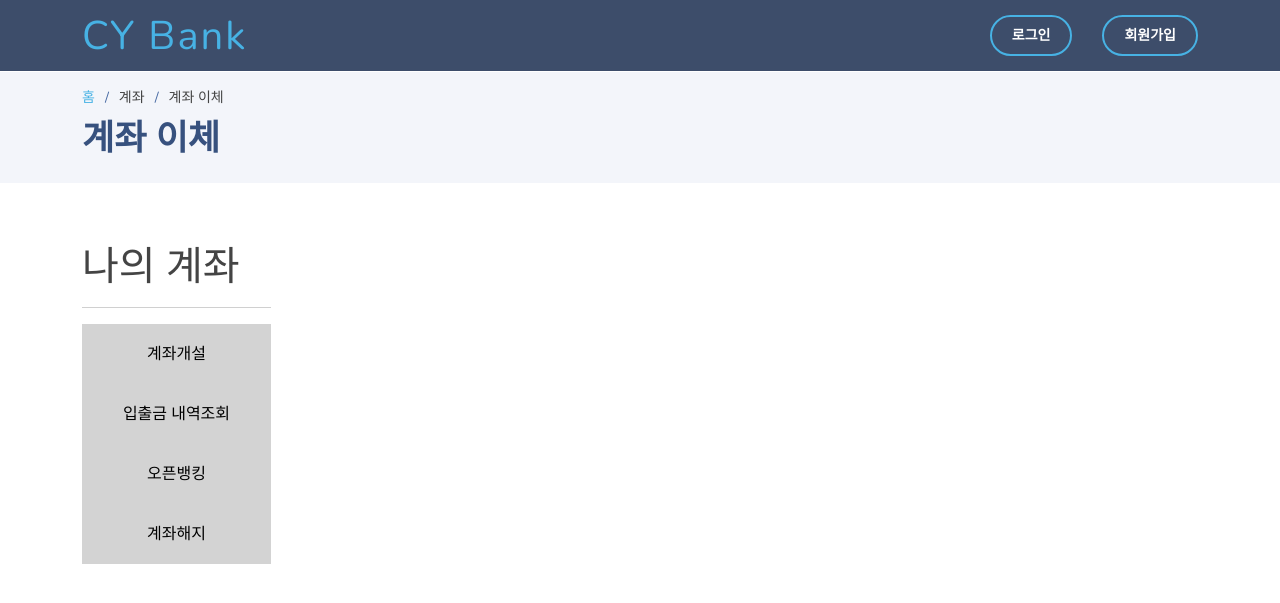
Repository: scy0814/Spring
Page: http://localhost/CYBank/jsp/transaction/Transaction.jsp
An editor plug-in stored every save of this project. The page is shown before and after the next save, followed by the edit.
The browser window is 1280 px wide. The pictures show the whole page.
The page is served by Tomcat 9. Other server files are loaded and not shown.

Above is the page before, as saved 2023-06-28 02:02:54.

### CYBank/src/main/webapp/jsp/transaction/Transaction.jsp
<%@ page language="java" contentType="text/html; charset=UTF-8"
    pageEncoding="UTF-8"%>
<%@ taglib uri="http://java.sun.com/jsp/jstl/core" prefix="c"%>
<!DOCTYPE html>
<html>
<head>
<meta charset="UTF-8">
<title>Insert title here</title>
  <script src="https://code.jquery.com/jquery-3.5.1.slim.min.js"></script>
  <script src="https://cdn.jsdelivr.net/npm/bootstrap@4.5.2/dist/bootstrap.min.js"></script>
<link rel="stylesheet" href="https://stackpath.bootstrapcdn.com/bootstrap/4.5.2/css/bootstrap.min.css">
<style>
.myHr {
    width: 5cm;
    margin-left: 0;
  }

  .button {
    width: 5cm;
    height: 60px;
    display: inline-block;
    padding: 10px 20px;
    border: none;
    background-color: lightgray;
    color: black;
    text-align: center;
    text-decoration: none;
    font-size: 16px;
    cursor: pointer;
    border-radius: 0;
  }
</style>
</head>
<header>
<jsp:include page="/jsp/include/header.jsp" />
</header>
<body>
<section id="breadcrumbs" class="breadcrumbs">
      <div class="container">

        <ol>
          <li><a href="/index.jsp">홈</a></li>
          <li>계좌</li>
          <li>계좌 이체</li>
        </ol>
        <h2 style="font-size : 35px;">계좌 이체</h2>

      </div>
    </section><!-- End Breadcrumbs -->

    <section class="inner-page">
      <div class="container">
  <h1 class="MyAccount">나의 계좌</h1>
  <hr class="myHr" />

  <form action="${pageContext.request.contextPath}/createAccount.do" method="post">
    <button type="submit" class="button">계좌개설</button>
  </form>

  <form action="${pageContext.request.contextPath}/transactionHistory.do" method="post">
    <button type="submit" class="button">입출금 내역조회</button><br>
  </form>

  <form action="${pageContext.request.contextPath}/openBanking.do" method="post">
    <button type="submit" class="button">오픈뱅킹</button><br>
  </form>

  <form action="${pageContext.request.contextPath}/closeAccount.do" method="post">
    <button type="submit" class="button">계좌해지</button>
  </form>
  </div>
  </section>
<body>
</body>
</html>

### CYBank/src/main/webapp/jsp/include/header.jsp
<%@ page language="java" contentType="text/html; charset=UTF-8"
    pageEncoding="UTF-8"%>
    <%@ taglib prefix="c" uri="http://java.sun.com/jsp/jstl/core"%>
<!DOCTYPE html>
<html>
<head>
<meta charset="UTF-8">
 <!-- Favicons -->
  <link href="assets/img/favicon.png" rel="icon">
  <link href="assets/img/apple-touch-icon.png" rel="apple-touch-icon">


  <!-- Google Fonts -->
  <link href="https://fonts.googleapis.com/css?family=Open+Sans:300,300i,400,400i,600,600i,700,700i|Nunito:300,300i,400,400i,600,600i,700,700i|Poppins:300,300i,400,400i,500,500i,600,600i,700,700i" rel="stylesheet">

  <!-- Vendor CSS Files -->
  <link href="/CYBank/css/vendor/aos/aos.css" rel="stylesheet">
  <link href="/CYBank/css/vendor/bootstrap/css/bootstrap.min.css" rel="stylesheet">
  <link href="/CYBank/css/vendor/bootstrap-icons/bootstrap-icons.css" rel="stylesheet">
  <link href="/CYBank/css/vendor/glightbox/css/glightbox.min.css" rel="stylesheet">
  <link href="/CYBank/css/vendor/remixicon/remixicon.css" rel="stylesheet">
  <link href="/CYBank/css/vendor/swiper/swiper-bundle.min.css" rel="stylesheet">

  <!-- Template Main CSS File -->
  <link href="/CYBank/css/css/style.css" rel="stylesheet">
  <style>
  .fixed-top {
    position: fixed;
    z-index: 1030;
    background: #283a5ae6;
    top: 0;
    right: 0;
    left: 0;
}
  </style>

<title>Insert title here</title>
</head>
<body>
<!-- ======= Header ======= -->
  <header id="header" class="header fixed-top">
    <div class="container-fluid container-xl d-flex align-items-center justify-content-between">

      <a href="index.jsp" class="logo d-flex align-items-center">
        <span class="cybank">CY Bank</span>
      </a>
		<c:set var="isLogin" value="${empty user }" />
      <nav id="navbar" class="navbar">
        <ul>
        <c:if test="${not empty user}">
          <li><a class="nav-link scrollto active" href="index.jsp">홈</a></li>
          <li><a class="nav-link scrollto" href="${pageContext.request.contextPath }/noticeList.do">공지사항</a></li>
          <li><a class="nav-link scrollto" href="#about">오픈뱅킹</a></li>
           <li class="dropdown"><a href="${pageContext.request.contextPath }/account.do"><span>계좌</span> <i class="bi bi-chevron-down"></i></a>
            <ul>
              <li><a href="${pageContext.request.contextPath}/account.do">나의 계좌</a></li>
              <li><a href="${pageContext.request.contextPath}/createAccount.do">계좌 개설</a></li>
              <li><a href="${pageContext.request.contextPath}/transactionHistory.do">입출금 내역</a></li>
              <li><a href="${pageContext.request.contextPath}/closeAccount.do">계좌 해지</a></li>
            </ul>
          </li>
          <li><a class="nav-link scrollto" href="${pageContext.request.contextPath }/myPage.do">마이페이지</a></li>
          <li><a class="nav-link scrollto" href="${pageContext.request.contextPath }/customerCenter.do">고객센터</a></li>
          <li><a class="nav-link scrollto" href="${pageContext.request.contextPath }/logout.do">로그아웃</a></li>
          </c:if>
		<c:if test="${empty user}">
          <li><a class="getstarted scrollto" href="${pageContext.request.contextPath }/login.do">로그인</a></li>
          <li><a class="getstarted scrollto" href="${pageContext.request.contextPath }/signup.do">회원가입</a></li>
          </c:if>
        </ul>
        <i class="bi bi-list mobile-nav-toggle"></i>
      </nav><!-- .navbar -->

    </div>
  </header><!-- End Header -->
  <!-- Vendor JS Files -->
  <script src="/CYBank/css/vendor/purecounter/purecounter_vanilla.js"></script>
  <script src="/CYBank/css/vendor/aos/aos.js"></script>
  <script src="/CYBank/css/vendor/bootstrap/js/bootstrap.bundle.min.js"></script>
  <script src="/CYBank/css/vendor/glightbox/js/glightbox.min.js"></script>
  <script src="/CYBank/css/vendor/isotope-layout/isotope.pkgd.min.js"></script>
  <script src="/CYBank/css/vendor/swiper/swiper-bundle.min.js"></script>
  <script src="/CYBank/css/vendor/php-email-form/validate.js"></script>

  <!-- Template Main JS File -->
  <script src="/CYBank/css/js/main.js"></script>

</body>
</html>

Loaded but not shown: CYBank/src/main/webapp/css/js/main.js (258 lines, source omitted); CYBank/src/main/webapp/css/css/style.css (1830 lines, source omitted)

After the next save:
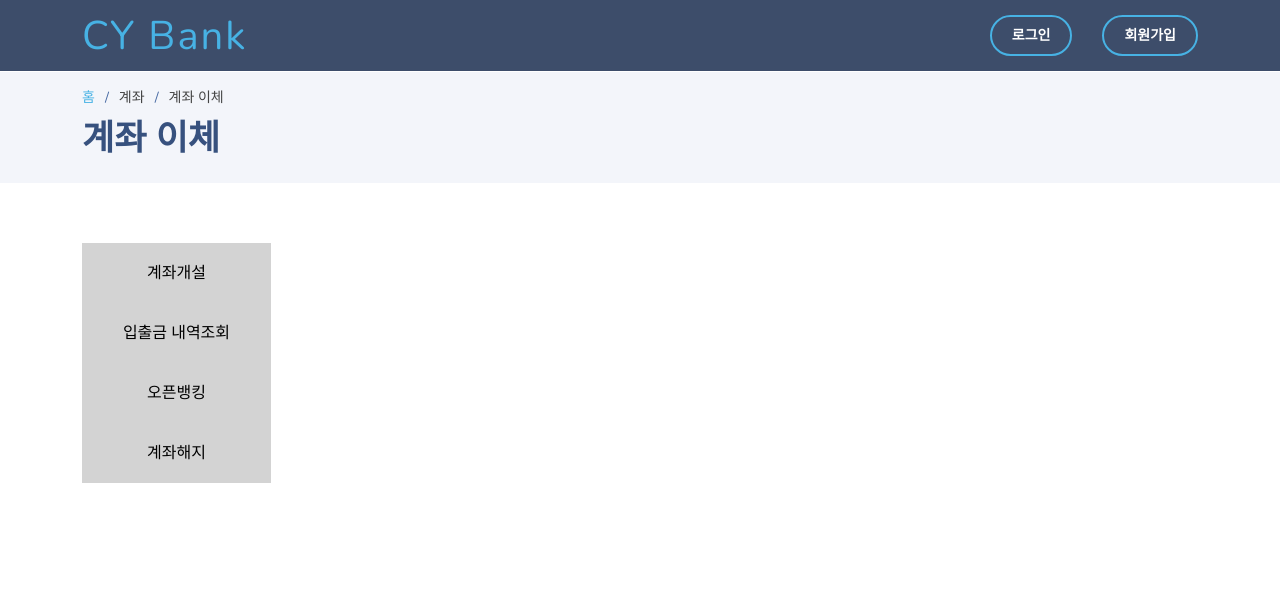
Saved 4 s later.
--- a/CYBank/src/main/webapp/jsp/transaction/Transaction.jsp
+++ b/CYBank/src/main/webapp/jsp/transaction/Transaction.jsp
@@ -50,8 +50,6 @@
 
     <section class="inner-page">
       <div class="container">
-  <h1 class="MyAccount">나의 계좌</h1>
-  <hr class="myHr" />
 
   <form action="${pageContext.request.contextPath}/createAccount.do" method="post">
     <button type="submit" class="button">계좌개설</button>
